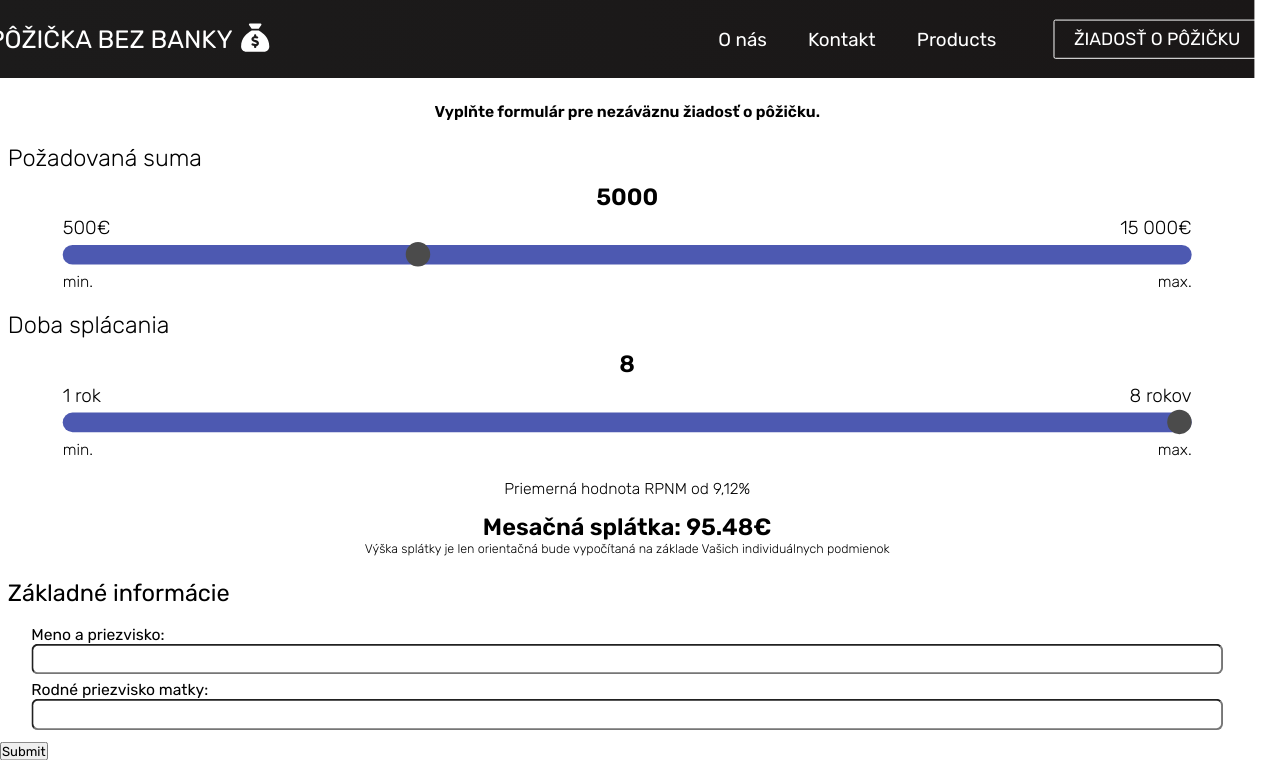
Repository: steve-lgtm/React-website-pozickabezbanky
Page: /ziadost
These files come from the project's save history. The page is drawn as it stood at one moment and after the next save; the edit follows.
The browser window is 1280 px wide. The page is 1305 px wide, so the pictures cover 1305 px, including what lies to the right of the window. The pictures show the whole page, at 98% of full size.
Some web libraries are served in a nearby version. The project was rebuilt for these pictures with package versions that can differ from the ones it lists, and the page was loaded fresh each time. Also part of the build but not shown: src/components/pages/Home.js, src/components/pages/Kontakt.js, src/components/pages/Products.js.

Above is the page before, as saved 2022-07-10 16:21:30.

After the next save:
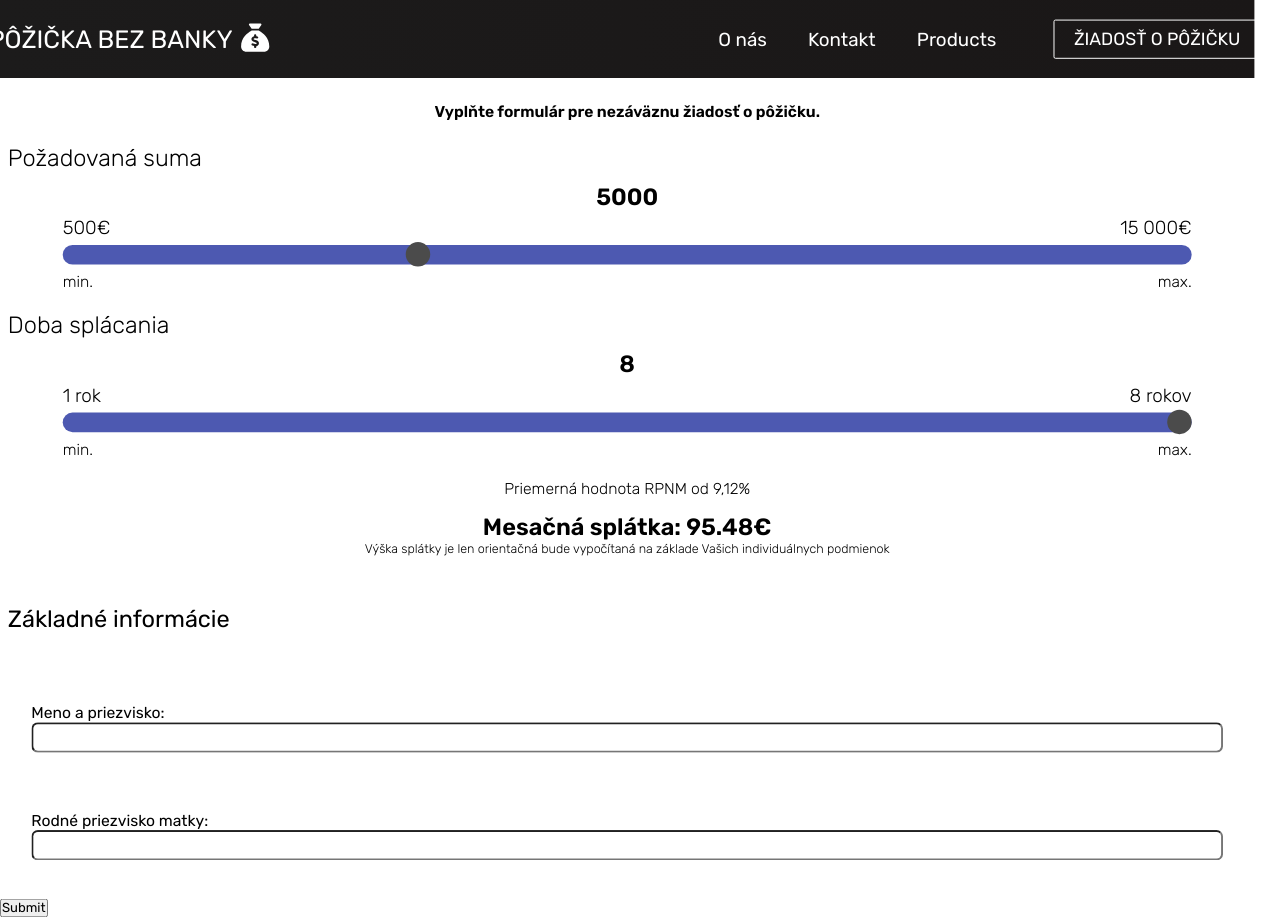
Saved 6 s later.
--- a/src/components/pages/Ziadost.css
+++ b/src/components/pages/Ziadost.css
@@ -83,7 +83,7 @@
     display: flex;
     flex-direction: column;
     justify-content:space-around;
-    height: 10em;
+    height: 20em;
     margin: 0.5em;
 }
 .personal-data-field{

After the save that followed:
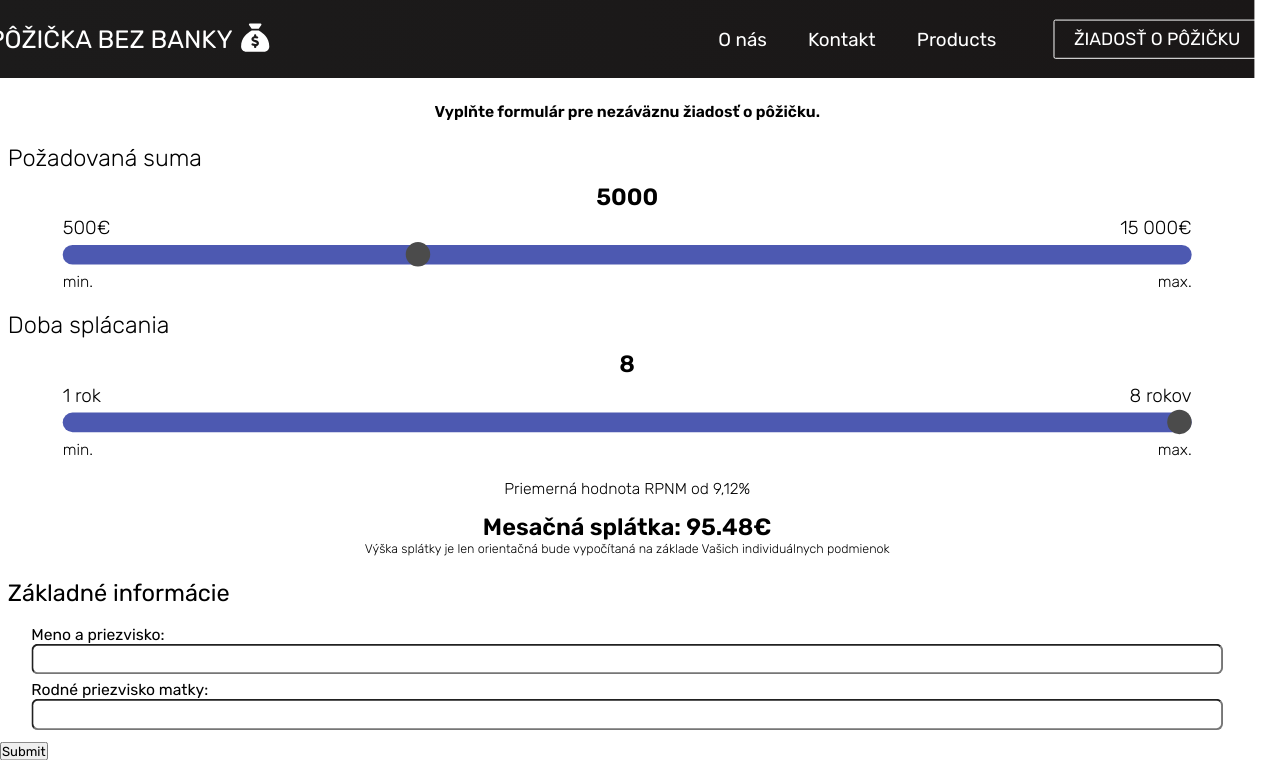
Saved 6 s later.
--- a/src/components/pages/Ziadost.css
+++ b/src/components/pages/Ziadost.css
@@ -83,7 +83,7 @@
     display: flex;
     flex-direction: column;
     justify-content:space-around;
-    height: 20em;
+    height: 10em;
     margin: 0.5em;
 }
 .personal-data-field{
